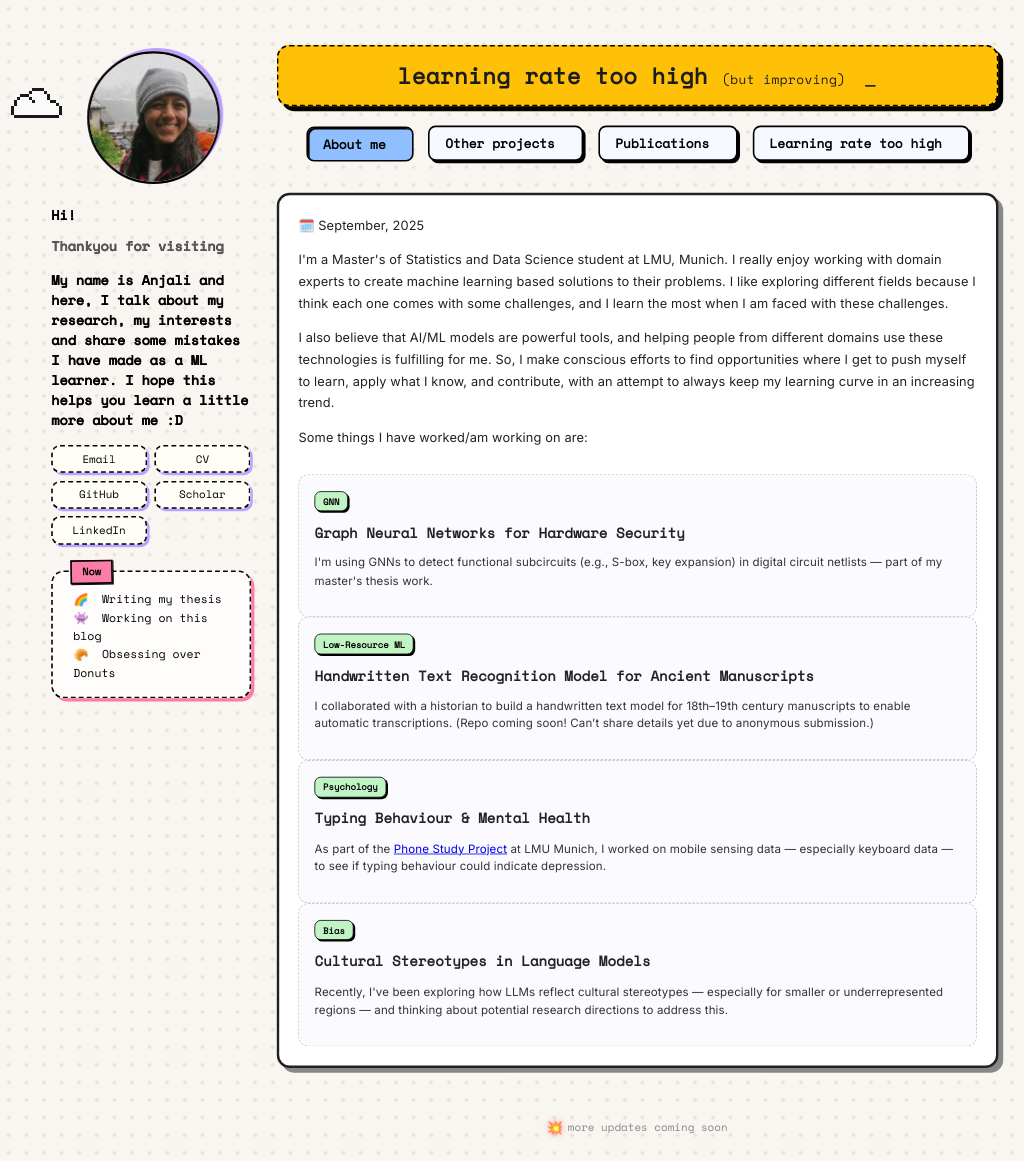
Repository: anjalisarawgi/learning_rate_too_high
Page: index.html
The author's editor kept a copy of each file at every save. The page is drawn from the files as they stood at one save, then again after the next save.
The browser window is 1280 px wide. The pictures show the whole page, at 80% of full size.

Above is the page before, as saved 2025-11-04 15:45:50.

After the next save:
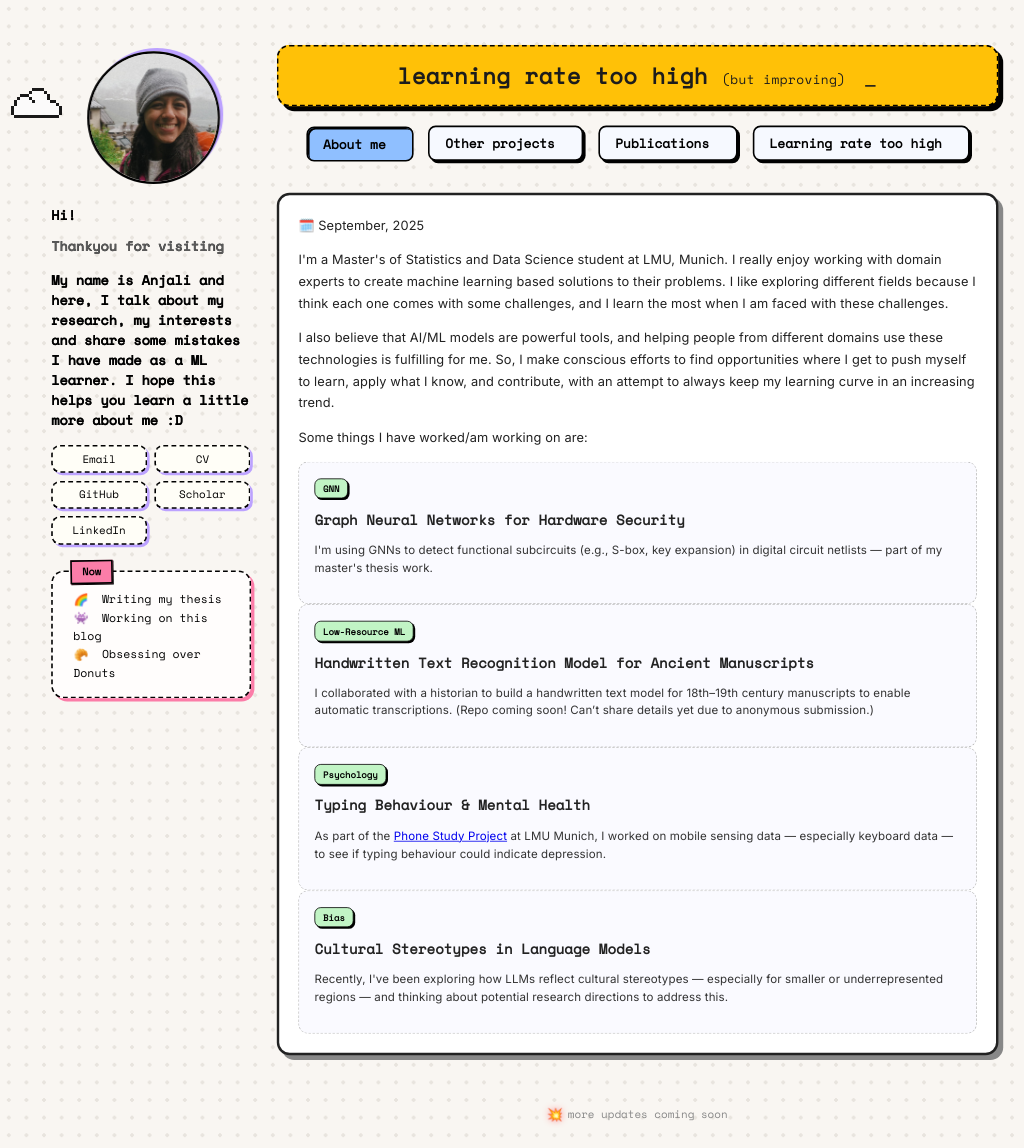
Saved 6 s later.
--- a/index.html
+++ b/index.html
@@ -632,7 +632,7 @@ nav a:hover::after {
         <p>I'm a Master's  of Statistics and Data Science student at LMU, Munich. I really enjoy working with domain experts to create machine learning based solutions to their problems. I like exploring different fields because I think each one comes with some challenges, and I learn the most when I am faced with these challenges.        </p>
         <p>I also believe that AI/ML models are powerful tools, and helping people from different domains use these technologies is fulfilling for me. So, I make conscious efforts to find opportunities where I get to push myself to learn, apply what I know, and contribute, with an attempt to always keep my learning curve in an increasing trend.</p>
         <p>Some things I have worked/am working on are:</p>
-        <div class="projects-section">
+        <!-- <div class="projects-section">     -->
           <div class="project-grid">
           <div class="project-card">
             <div class="tag">GNN</div>
@@ -673,7 +673,7 @@ nav a:hover::after {
             </p>
           </div>
         </div>
-        </div>
+        <!-- </div> -->
 
         <!-- <ul>
           <li><strong>Graph Neural Networks</strong> -> I am using GNNs to detect functional subcircuits (e.g., Sbox, key expansion) in digital circuit netlists. This is a part of my master's thesis.
